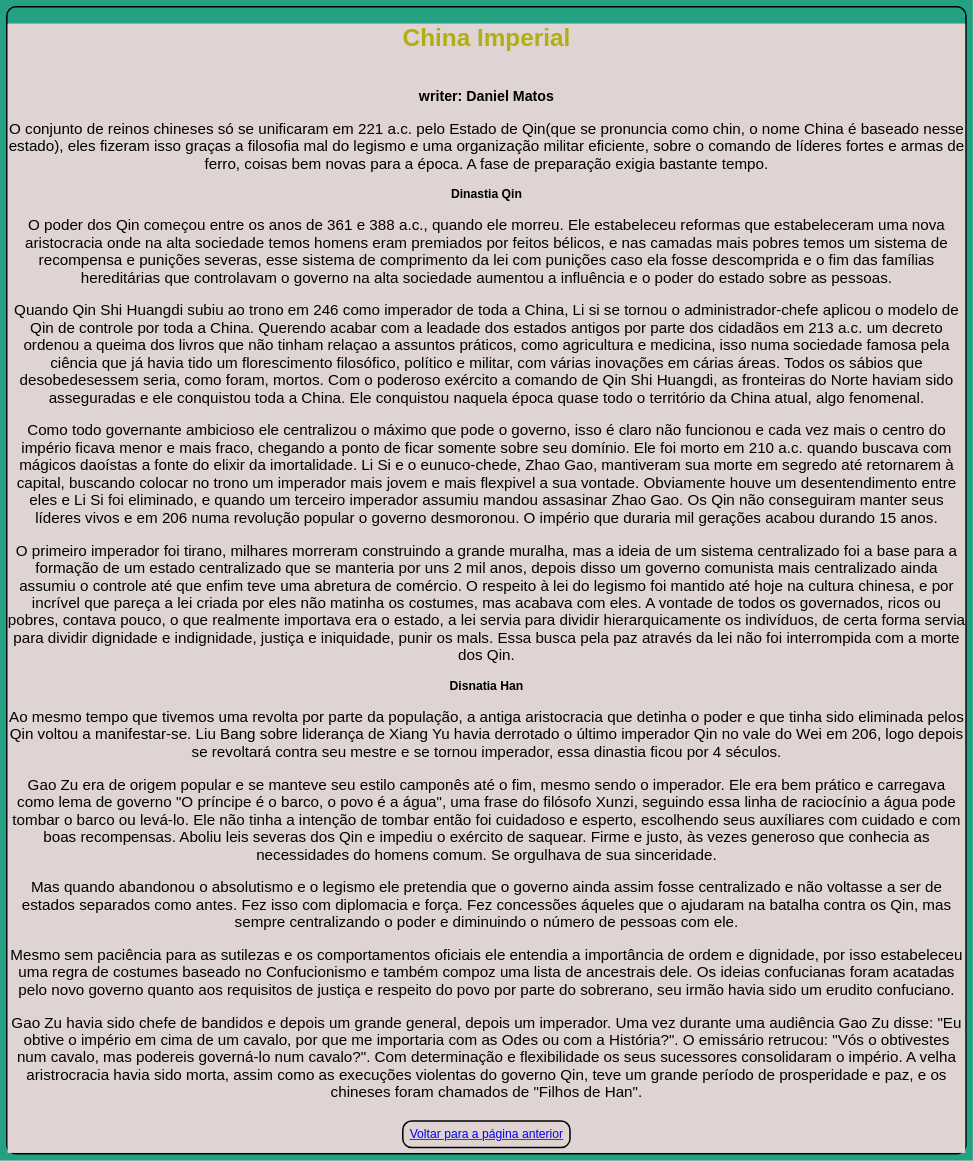
Repository: batmit/FutureFundation.github.io-1
Page: menu/articles/history/ancient/china/china.html
These files come from the project's save history. The page is drawn as it stood at one moment and after the next save; the edit follows.
The browser window is 1280 px wide. The pictures show the whole page, at 76% of full size.

Above is the page before, as saved 2021-09-26 14:22:24.

### menu/articles/history/ancient/china/china.html
<!DOCTYPE html>
<html lang="pt-BR">
<head>
    <meta charset="UTF-8">
    <meta http-equiv="X-UA-Compatible" content="IE=edge">
    <meta name="viewport" content="width=device-width, initial-scale=1.0">
    <title>China Imperial</title>
    <link rel="stylesheet" href="/menu/main.css">
</head>
<body>
    <div id="all">
        <header>
            <h1>China Imperial</h1>
            <h3>writer: Daniel Matos</h3>
        </header>

        <p>O conjunto de reinos chineses só se unificaram em 221 a.c. pelo Estado de Qin(que se pronuncia como chin, o nome China é baseado nesse estado), eles fizeram isso graças a filosofia mal do legismo e uma organização militar eficiente, sobre o comando de líderes fortes e armas de ferro, coisas bem novas para a época. A fase de preparação exigia bastante tempo. </p>

        <strong> Dinastia Qin</strong>

        <p>O poder dos Qin começou entre os anos de 361 e 388 a.c., quando ele morreu. Ele estabeleceu reformas que estabeleceram uma nova aristocracia onde na alta sociedade temos homens eram premiados por feitos bélicos, e nas camadas mais pobres temos um sistema de recompensa e punições severas, esse sistema de comprimento da lei com punições caso ela fosse descomprida e o fim das famílias hereditárias que controlavam o governo na alta sociedade aumentou a influência e o poder do estado sobre as pessoas. </p>
        <p>Quando Qin Shi Huangdi subiu ao trono em 246 como imperador de toda a China, Li si se tornou o administrador-chefe aplicou o modelo de Qin de controle por toda a China. Querendo acabar com a leadade dos estados antigos por parte dos cidadãos em 213 a.c. um decreto ordenou a queima dos livros que não tinham relaçao a assuntos práticos, como agricultura e medicina, isso numa sociedade famosa pela ciência que já havia tido um florescimento filosófico, político e militar, com várias inovações em cárias áreas. Todos os sábios que desobedesessem seria, como foram, mortos. Com o poderoso exército a comando de Qin Shi Huangdi, as fronteiras do Norte haviam sido asseguradas e ele conquistou toda a China. Ele conquistou naquela época quase todo o território da China atual, algo fenomenal. </p>

        <p>Como todo governante ambicioso ele centralizou o máximo que pode o governo, isso é claro não funcionou e cada vez mais o centro do império ficava menor e mais fraco, chegando a ponto de ficar somente sobre seu domínio. Ele foi morto em 210 a.c. quando buscava com mágicos daoístas a fonte do elixir da imortalidade. Li Si e o eunuco-chede, Zhao Gao, mantiveram sua morte em segredo até retornarem à capital, buscando colocar no trono um imperador mais jovem e mais flexpivel a sua vontade. Obviamente houve um desentendimento entre eles e Li Si foi eliminado, e quando um terceiro imperador assumiu mandou assasinar Zhao Gao. Os Qin não conseguiram manter seus líderes vivos e em 206 numa revolução popular o governo desmoronou. O império que duraria mil gerações acabou durando 15 anos.  </p>
        <p>O primeiro imperador foi tirano, milhares morreram construindo a grande muralha, mas a ideia de um sistema centralizado foi a base para a formação de um estado centralizado que se manteria por uns 2 mil anos, depois disso um governo comunista mais centralizado ainda assumiu o controle até que enfim teve uma abretura de comércio. O respeito à lei do legismo foi mantido até hoje na cultura chinesa, e por incrível que pareça a lei criada por eles não matinha os costumes, mas acabava com eles. A vontade de todos os governados, ricos ou pobres, contava pouco, o que realmente importava era o estado, a lei servia para dividir hierarquicamente os indivíduos, de certa forma servia para dividir dignidade e indignidade, justiça e iniquidade, punir os mals. Essa busca pela paz através da lei não foi interrompida com a morte dos Qin. </p>

        <strong>Disnatia Han</strong>

        <p>Ao mesmo tempo que tivemos uma revolta por parte da população, a antiga aristocracia que detinha o poder e que tinha sido eliminada pelos Qin voltou a manifestar-se. Liu Bang sobre liderança de Xiang Yu havia derrotado o último imperador Qin no vale do Wei em 206, logo depois se revoltará contra seu mestre e se tornou imperador, essa dinastia ficou por 4 séculos. </p>

        <p>Gao Zu era de origem popular e se manteve seu estilo camponês até o fim, mesmo sendo o imperador. Ele era bem prático e carregava como lema de governo "O príncipe é o barco, o povo é a água", uma frase do filósofo Xunzi, seguindo essa linha de raciocínio a água pode tombar o barco ou levá-lo. Ele não tinha a intenção de tombar então foi cuidadoso e esperto, escolhendo seus auxíliares com cuidado e com boas recompensas. Aboliu leis severas dos Qin e impediu o exército de saquear. Firme e justo, às vezes generoso que conhecia as necessidades do homens comum. Se orgulhava de sua sinceridade.  </p>
        <p>Mas quando abandonou o absolutismo e o legismo ele pretendia que o governo ainda assim fosse centralizado e não voltasse a ser de estados separados como antes. Fez isso com diplomacia e força. Fez concessões áqueles que o ajudaram na batalha contra os Qin, mas sempre centralizando o poder e diminuindo o número de pessoas com ele. </p>
        <p>Mesmo sem paciência para as sutilezas e os comportamentos oficiais ele entendia a importância de ordem e dignidade, por isso estabeleceu uma regra de costumes baseado no Confucionismo e também compoz uma lista de ancestrais dele. Os ideias confucianas foram acatadas pelo novo governo quanto aos requisitos de justiça e respeito do povo por parte do sobrerano, seu irmão havia sido um erudito confuciano. </p>
        <p>Gao Zu havia sido chefe de bandidos e depois um grande general, depois um imperador. Uma vez durante uma audiência Gao Zu disse: "Eu obtive o império em cima de um cavalo, por que me importaria com as Odes ou com a História?". O emissário retrucou: "Vós o obtivestes num cavalo, mas podereis governá-lo num cavalo?". Com determinação e flexibilidade os seus sucessores consolidaram o império. A velha aristrocracia havia sido morta, assim como as execuções violentas do governo Qin, teve um grande período de prosperidade e paz, e os chineses foram chamados de "Filhos de Han". </p>




        <a href="/menu/articles/history/history.html">Voltar para a página anterior</a>
    </div>
</body>
</html>

### menu/main.css
body{

    text-align: center;

    border: black 2px solid;

    border-radius: 0.8rem;

    font-family: 'Ubuntu', arial;

    background-color: rgb(36, 161, 130);


}

#articles {
    gap: 3px;
}

#all{

    background-color: rgb(223, 211, 211);

}


#codigo{
    text-align:left;

}


img{
    text-align: center;
    justify-content: center;

}

p{
    font-size: 20px;
    font-family: 'Ubuntu', arial;
}

a{
    border: 2px solid black;

    border-radius: 0.8rem;

    box-sizing: border-box;

    padding: 0.5rem;

    line-height:3rem;

    margin: 2px;


}

a:hover{

    background-color:#F0FFFF;

}

h1{

    margin-bottom: 3rem;

    color: rgb(177, 174, 17);

}

audio {
    -webkit-transition:all 0.5s linear;
    -moz-transition:all 0.5s linear;
    -o-transition:all 0.5s linear;
    transition:all 0.5s linear;
    -moz-box-shadow: 2px 2px 4px 0px #006773;
    -webkit-box-shadow:  2px 2px 4px 0px #006773;
    box-shadow: 2px 2px 4px 0px #006773;
    -moz-border-radius:7px 7px 7px 7px ;
    -webkit-border-radius:7px 7px 7px 7px ;
    border-radius:7px 7px 7px 7px ;
}

audio:hover, audio:focus, audio:active {

-webkit-box-shadow: 15px 15px 20px rgba(0,0, 0, 0.4);
-moz-box-shadow: 15px 15px 20px rgba(0,0, 0, 0.4);
box-shadow: 15px 15px 20px rgba(0,0, 0, 0.4);
-webkit-transform: scale(1.05);
-moz-transform: scale(1.05);
transform: scale(1.05);

}



@media (max-width: 900px) {


    a{

        display: block;
        line-height: 0.5rem;
        padding: 1rem;

    }

    #img{
        text-align: right;
    }

}

@media (prefers-color-scheme: dark) {
    #all{

        background-color: rgb(90, 73, 73);

    }

    h1{
        color: white
    }

    p{
        color: white;
    }

    a{
        background-color: aqua;
    }

    h3{
        color: white;
    }

    strong {
        color: white;
    }


}

After the next save:
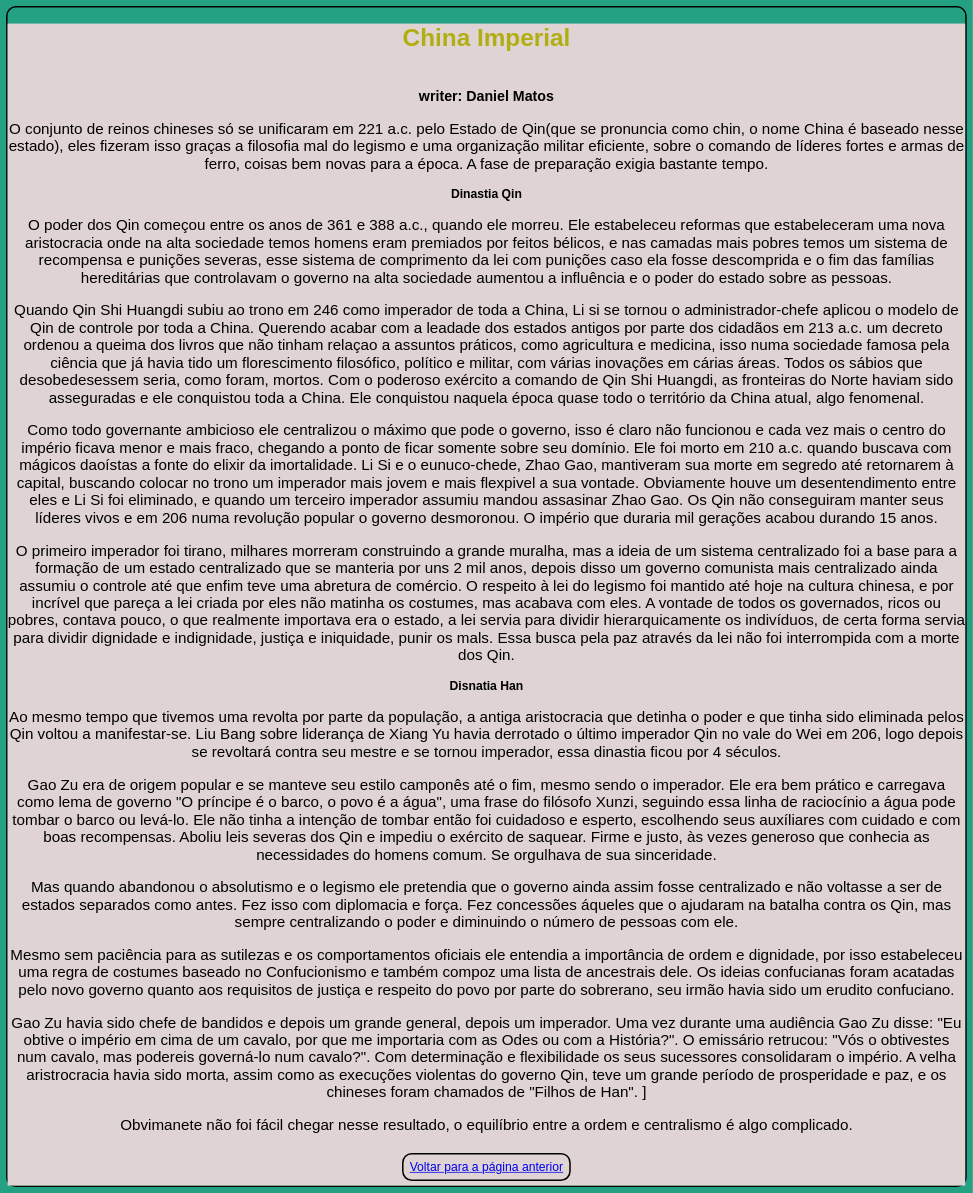
Saved 23 min 22 s later.
--- a/menu/articles/history/ancient/china/china.html
+++ b/menu/articles/history/ancient/china/china.html
@@ -31,7 +31,10 @@
         <p>Gao Zu era de origem popular e se manteve seu estilo camponês até o fim, mesmo sendo o imperador. Ele era bem prático e carregava como lema de governo "O príncipe é o barco, o povo é a água", uma frase do filósofo Xunzi, seguindo essa linha de raciocínio a água pode tombar o barco ou levá-lo. Ele não tinha a intenção de tombar então foi cuidadoso e esperto, escolhendo seus auxíliares com cuidado e com boas recompensas. Aboliu leis severas dos Qin e impediu o exército de saquear. Firme e justo, às vezes generoso que conhecia as necessidades do homens comum. Se orgulhava de sua sinceridade.  </p>
         <p>Mas quando abandonou o absolutismo e o legismo ele pretendia que o governo ainda assim fosse centralizado e não voltasse a ser de estados separados como antes. Fez isso com diplomacia e força. Fez concessões áqueles que o ajudaram na batalha contra os Qin, mas sempre centralizando o poder e diminuindo o número de pessoas com ele. </p>
         <p>Mesmo sem paciência para as sutilezas e os comportamentos oficiais ele entendia a importância de ordem e dignidade, por isso estabeleceu uma regra de costumes baseado no Confucionismo e também compoz uma lista de ancestrais dele. Os ideias confucianas foram acatadas pelo novo governo quanto aos requisitos de justiça e respeito do povo por parte do sobrerano, seu irmão havia sido um erudito confuciano. </p>
-        <p>Gao Zu havia sido chefe de bandidos e depois um grande general, depois um imperador. Uma vez durante uma audiência Gao Zu disse: "Eu obtive o império em cima de um cavalo, por que me importaria com as Odes ou com a História?". O emissário retrucou: "Vós o obtivestes num cavalo, mas podereis governá-lo num cavalo?". Com determinação e flexibilidade os seus sucessores consolidaram o império. A velha aristrocracia havia sido morta, assim como as execuções violentas do governo Qin, teve um grande período de prosperidade e paz, e os chineses foram chamados de "Filhos de Han". </p>
+        <p>Gao Zu havia sido chefe de bandidos e depois um grande general, depois um imperador. Uma vez durante uma audiência Gao Zu disse: "Eu obtive o império em cima de um cavalo, por que me importaria com as Odes ou com a História?". O emissário retrucou: "Vós o obtivestes num cavalo, mas podereis governá-lo num cavalo?". Com determinação e flexibilidade os seus sucessores consolidaram o império. A velha aristrocracia havia sido morta, assim como as execuções violentas do governo Qin, teve um grande período de prosperidade e paz, e os chineses foram chamados de "Filhos de Han". ]
+
+        </p>
+        <p>Obvimanete não foi fácil chegar nesse resultado, o equilíbrio entre a ordem e centralismo é algo complicado. </p>
 
 
 
